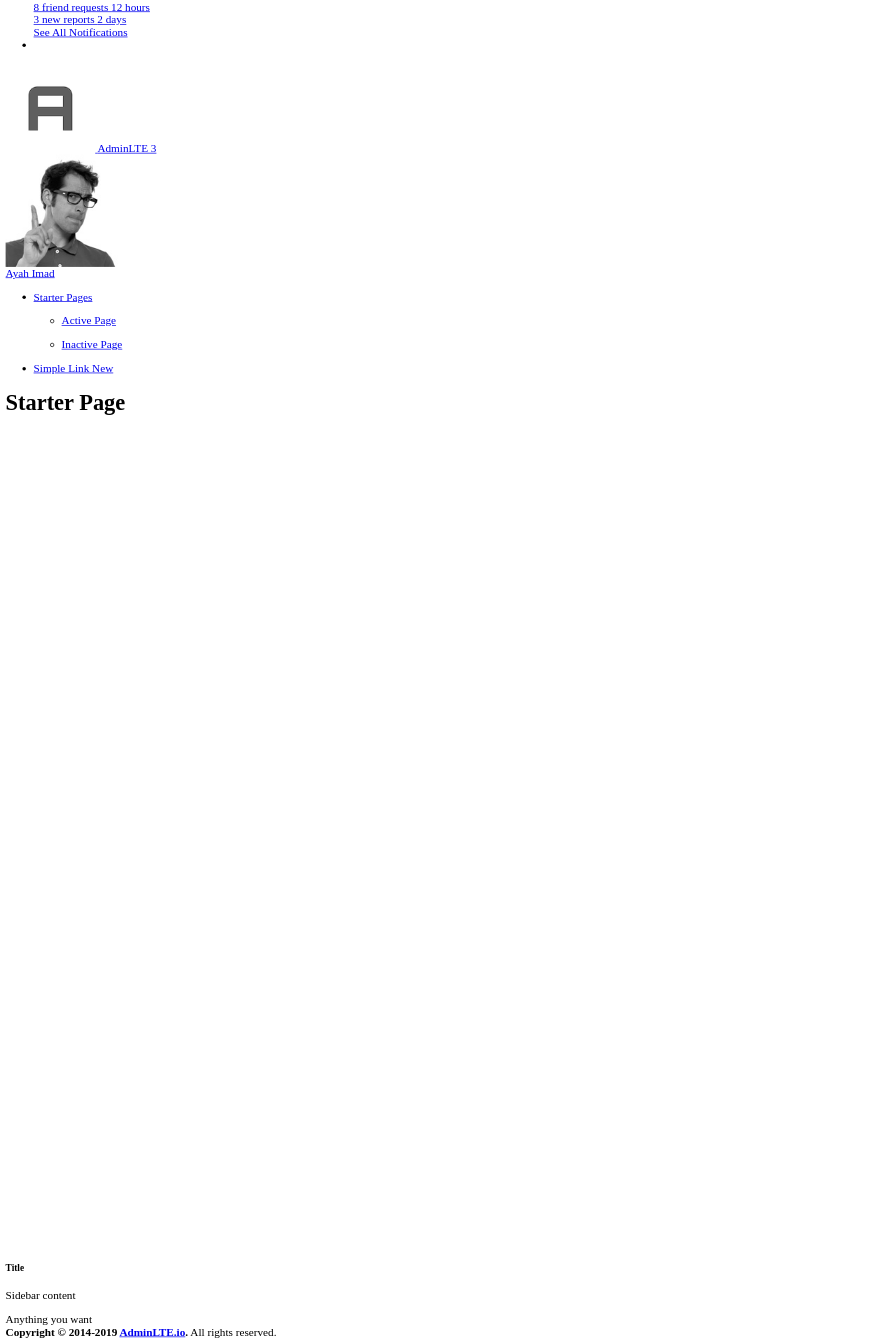
Repository: Abdaljawad-Aya/Django-Exercises
Page: http://localhost/polls/
An editor plug-in stored every save of this project. The page is shown before and after the next save, followed by the edit.
The browser window is 1280 px wide. The pictures show the part of the page from y = 976 to 2896 px (the page is 2896 px tall before and 1708 px after), at 70% of full size.
The page is served by the project's application, run on Django 3.2 (manage.py).

Above is the page before, as saved 2021-03-10 08:25:53.

After the next save:
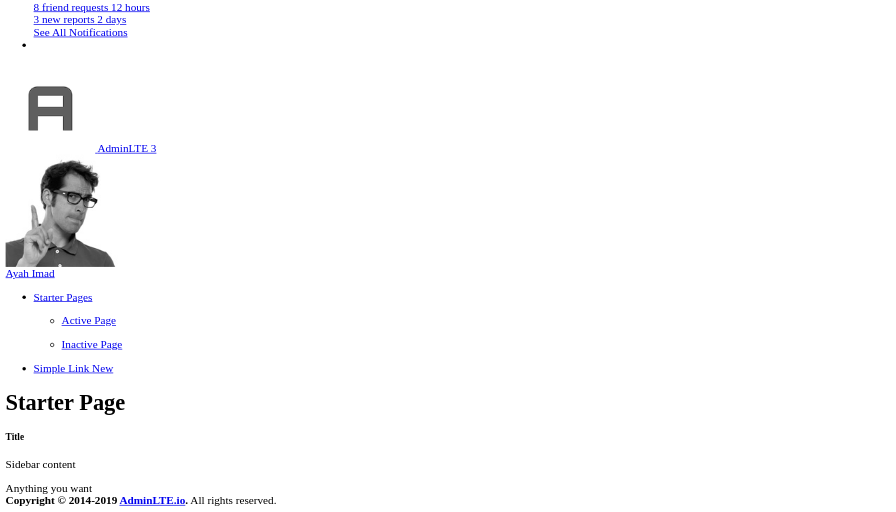
Saved 8 s later.
--- a/crudDj/DJ/polls/templates/polls/starter.html
+++ b/crudDj/DJ/polls/templates/polls/starter.html
@@ -327,10 +327,10 @@
 <!-- REQUIRED SCRIPTS -->
 
 <!-- jQuery -->
-<script src="{% static 'plugins/jquery/jquery.min.js'%}"></script>
+{% comment %} <script src="{% static 'plugins/jquery/jquery.min.js'%}"></script>
 <!-- Bootstrap 4 -->
 <script src="{% static 'plugins/bootstrap/js/bootstrap.bundle.min.js'%}"></script>
 <!-- AdminLTE App -->
-<script src="{% static 'dist/js/adminlte.min.js'%}"></script>
+<script src="{% static 'dist/js/adminlte.min.js'%}"></script> {% endcomment %}
 </body>
 </html>
